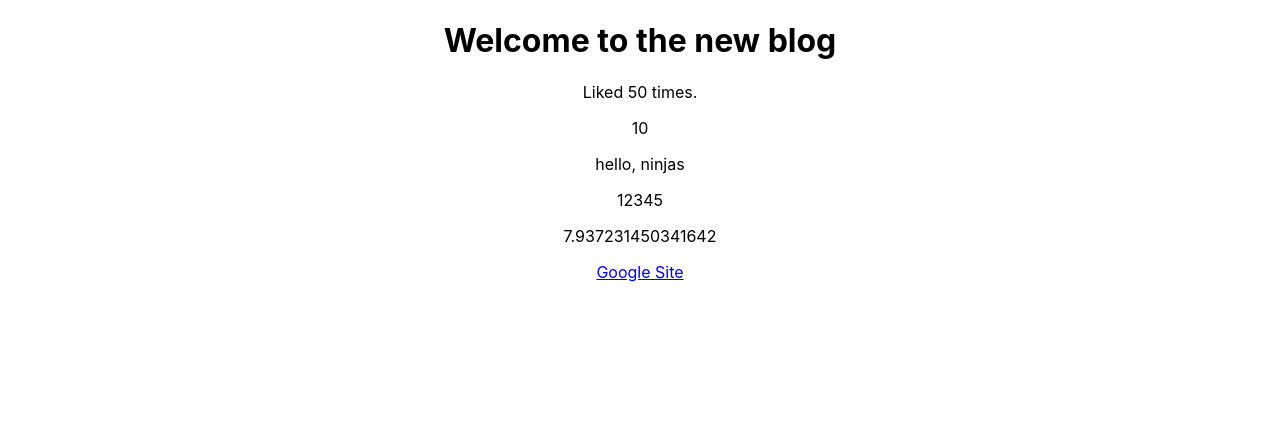
Repository: DESTINYAS/Reactjs
Page: /create
The author's editor kept a copy of each file at every save. The page is drawn from the files as they stood at one save, then again after the next save.
The browser window is 1280 px wide. The pictures show the whole page.
The project was rebuilt for these pictures with package versions that can differ from the ones it lists, and the page was loaded fresh each time.

Above is the page before, as saved 2022-11-27 22:35:46.

After the next save:
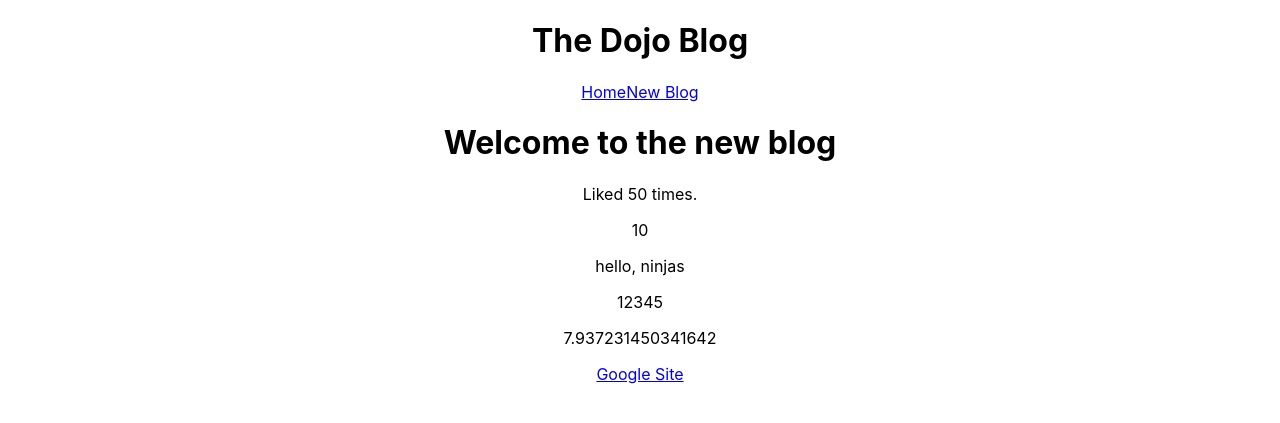
Saved 2 min 44 s later.
--- a/src/App.js
+++ b/src/App.js
@@ -1,4 +1,5 @@
 import "./App.css";
+import Navbar from "./Navbar";
 
 function App() {
   const tittle = "Welcome to the new blog";
@@ -7,6 +8,7 @@ function App() {
   return (
     <div className="App">
       <div className="content">
+        <Navbar />
         <h1>{tittle}</h1>
         <p>Liked {likes} times.</p>
         <p>{10}</p>
